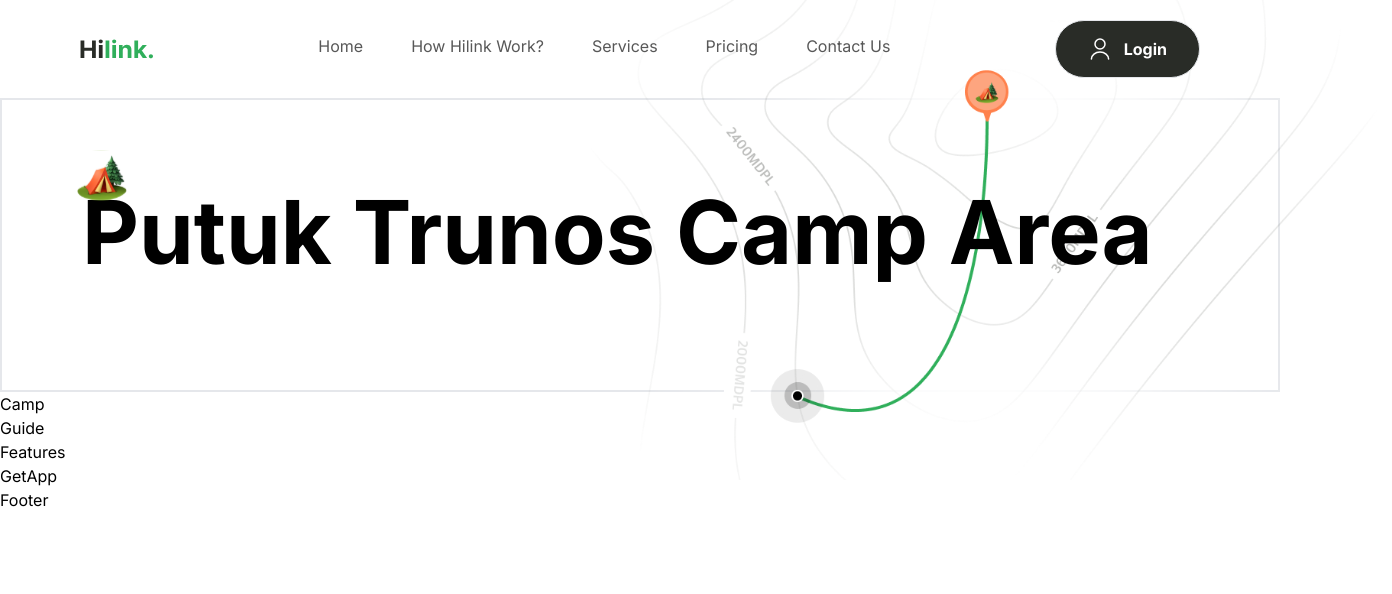
Repository: SouthpawC0der/Modern-reactsite
Page: /
These files come from the project's save history. The page is drawn as it stood at one moment and after the next save; the edit follows.
The browser window is 1280 px wide. The page is 1392 px wide, so the pictures cover 1392 px, including what lies to the right of the window. The pictures show the whole page.
The project was rebuilt for these pictures with package versions that can differ from the ones it lists, and the page was loaded fresh each time. The framework's server and built-in components were replaced by stand-ins that run in the browser. Also part of the build but not shown: next.config.ts.

Above is the page before, as saved 2025-01-30 11:08:14.

### app/layout.tsx
import type { Metadata } from "next";
import "./globals.css";
import Navbar from "@/components/Navbar";
import Footer from "@/components/Footer";

export default function RootLayout({
  children,
}: Readonly<{
  children: React.ReactNode;
}>) {
  return (
    <html lang="en">
      <body>
        <Navbar />
        <main className="relative-overflow-hidden">
        {children}
        </main>
        <Footer />
      </body>
    </html>
  );
}

### app/page.tsx
import Camp from "@/components/Camp";
import Features from "@/components/Features";
import GetApp from "@/components/GetApp";
import Guide from "@/components/Guide";
import Hero from "@/components/Hero";


export default function Home() {
  return (
    <>
    <Hero />
    <Camp />
    <Guide />
    <Features />
    <GetApp />
    </>
  );
}

### app/globals.css

@import url('https://fonts.googleapis.com/css2?family=Inter:wght@400;500;600;700;800&display=swap');

@tailwind base;
@tailwind components;
@tailwind utilities;

* {
  margin: 0;
  padding: 0;
  box-sizing: border-box;
}

body {
  font-family: Inter;
}

@layer utilities {
  .btn_white {
    @apply  border-white bg-white px-8 py-3 text-green-50
  }
  .btn_white_text  {
    @apply  border-white bg-white px-8 py-3 text-gray-90
  }
  .btn_green  {
    @apply  border-green-50 bg-green-50 px-8 py-5 text-white
  }
  .btn_dark_green {
    @apply  bg-green-90 px-8 py-4 text-white transition-all hover:bg-black
  }
  .btn_dark_green_outline  {
    @apply border-gray-20 bg-green-90 px-8 py-5 text-white
  }

  .max-container {
    @apply mx-auto max-w-[1440px];
  }

  .padding-container {
    @apply px-6 lg:px-20 3xl:px-0;
  }

  .flexCenter {
    @apply flex items-center justify-center;
  }

  .flexBetween {
    @apply flex items-center justify-between;
  }

  .flexStart {
    @apply flex items-center justify-start;
  }

  .flexEnd {
    @apply flex items-center justify-end;
  }

  /* FONTS */
  .regular-64 {
    @apply text-[64px] font-[400] leading-[120%];
  }

  .regular-40 {
    @apply text-[40px] font-[400] leading-[120%];
  }

  .regular-32 {
    @apply text-[32px] font-[400];
  }

  .regular-24 {
    @apply text-[24px] font-[400];
  }

  .regular-20 {
    @apply text-[20px] font-[400];
  }

  .regular-18 {
    @apply text-[18px] font-[400];
  }

  .regular-16 {
    @apply text-[16px] font-[400];
  }

  .regular-14 {
    @apply text-[14px] font-[400];
  }

  .medium-14 {
    @apply text-[14px] font-[600];
  }

  .bold-88 {
    @apply text-[88px] font-[700] leading-[120%];
  }

  .bold-64 {
    @apply text-[64px] font-[700] leading-[120%];
  }

  .bold-52 {
    @apply text-[52px] font-[700] leading-[120%];
  }

  .bold-40 {
    @apply text-[40px] font-[700] leading-[120%];
  }

  .bold-32 {
    @apply text-[32px] font-[700] leading-[120%];
  }

  .bold-20 {
    @apply text-[20px] font-[700];
  }

  .bold-18 {
    @apply text-[18px] font-[700];
  }

  .bold-16 {
    @apply text-[16px] font-[700];
  }

  /* Hero */
  .hero-map {
    @apply absolute right-0 top-0 h-screen w-screen bg-pattern-2 bg-cover bg-center md:-right-28 xl:-top-60;
  }

  /* Camp */
  .camp-quote {
    @apply absolute -right-6 bottom-4 w-[140px] lg:bottom-10 xl:-right-8 xl:w-[186px] 3xl:right-0;
  }

  /* Feature */
  .feature-phone {
    @apply absolute top-[13%] z-10 hidden max-w-[1500px] rotate-[15deg] md:-left-16 lg:flex  3xl:left-20;
  }

  /* Get App */
  .get-app {
    @apply max-container relative flex w-full  flex-col justify-between gap-32 overflow-hidden bg-green-90 bg-pattern bg-cover bg-center bg-no-repeat px-6 py-12 text-white sm:flex-row sm:gap-12 sm:py-24 lg:px-20 xl:max-h-[598px] 2xl:rounded-5xl;
  }
}

/* Hide scrollbar for Chrome, Safari and Opera */
.hide-scrollbar::-webkit-scrollbar {
  display: none;
}

/* Hide scrollbar for IE, Edge and Firefox */
.hide-scrollbar {
  -ms-overflow-style: none; /* IE and Edge */
  scrollbar-width: none; /* Firefox */
}

### components/Navbar.tsx
import { NAV_LINKS } from '@/constants'
import Image from 'next/image'
import Link from 'next/link'
import React from 'react'
import Button from './Button'

const Navbar = () => {
  return (
    <nav className='flexBetween max-container padding-container relative z-30 py-5'>
        <Link href="/">
          <Image src="/hilink-logo.svg" alt='logo' width={74} height={29} />
        </Link>

          <ul className='hidden h-full gap-12 lg:flex'>
             {NAV_LINKS.map((link) => (
                <Link href={link.href} key={link.key}
                className='regular-16 text-gray-50 flexCenter cursor-pointer pb-1.5 transition-all hover:font-bold'
                >
                    {link.label}
                </Link>
             ))}
          </ul>

          <div className='lg:flexCenter hidden'>
            <Button
            type='button'
            title='Login'
            icon='/user.svg'
            variant='btn_dark_green'
            />
          </div>

          <Image
          src='menu.svg'
          alt='menu'
          width={32}
          height={32}
          className='inline-block cursor-pointer lg:hidden'
          />
    </nav>
  )
}


export default Navbar

### components/Hero.tsx
import Image from 'next/image'
import React from 'react'

const Hero = () => {
  return (
    <section className='max-container padding-container flex flex-col gap-20 py-10 pb-32 md:gap-28
     lg:py-20 xl:flex-row border-2'>
        <div className='hero-map' />

        <div className='relative z-10 flex flex-1 flex-col xl:w-1/2'>
            <Image
            src='/camp.svg'
            alt='camp'
            width={50}
            height={50}
            className='absolute left-[-5px] top-[-30px] w-10 lg:w-[50px]'
             />
             <h1 className='bold-32 lg:bold-88'>Putuk Trunos Camp Area</h1>
             <p className='regular-16 mt-6 text-gray-30 xl:max-[520px]'>

             </p>
        </div>
    </section>
  )
}

export default Hero

### components/Button.tsx
import Image from 'next/image';
import React from 'react'

type ButtonProps = {
    type: 'button' | 'submit';
    title: string;
    icon?: string,
    variant: 'btn_dark_green'
}

const Button = ( {type, title, icon, variant }: ButtonProps) => {
  return (
    <button
    className={`flexCenter gap-3 rounded-full border ${variant}`}
    type={type}

    >
        {icon && <Image src={icon} alt={title} width={24} height={24} />}
        <label className='bold-16 whitespace-nowrap'>{title}</label>
    </button>
  )
}

export default Button

Loaded but not shown: components/Footer.tsx (common file); components/Camp.tsx (common file); components/Features.tsx (common file); components/GetApp.tsx (common file); components/Guide.tsx (common file); constants/index.ts (common file); tailwind.config.ts (common file)

After the next save:
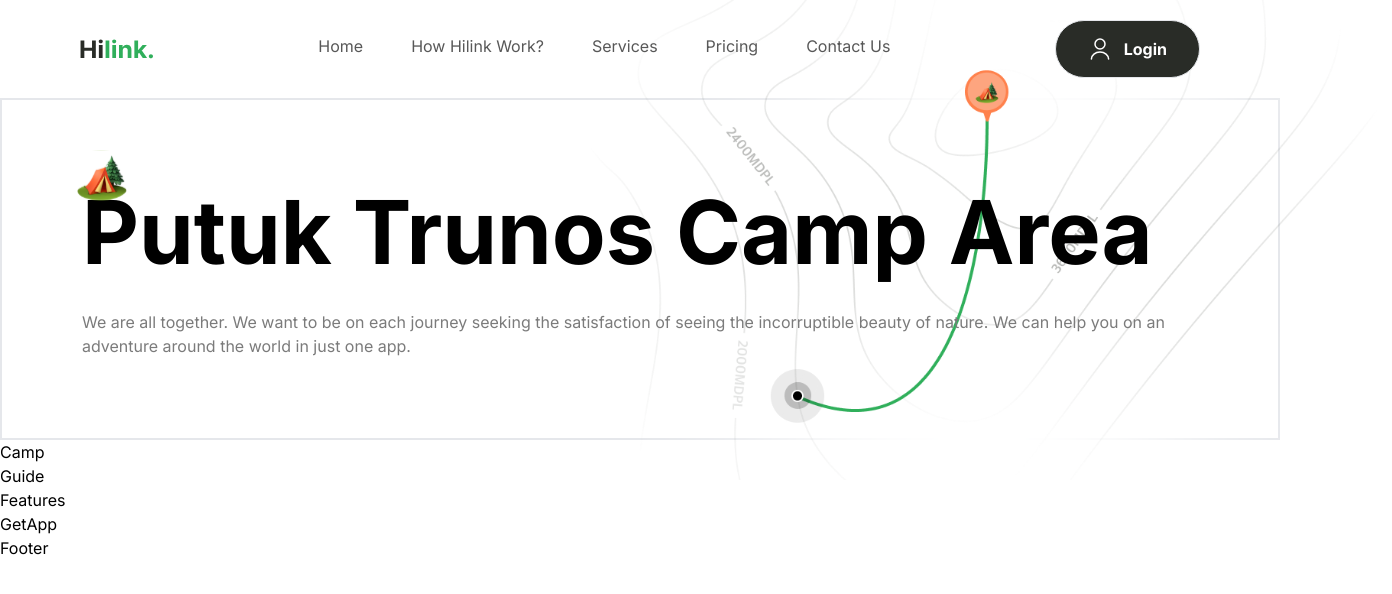
Saved 103 s later.
--- a/components/Hero.tsx
+++ b/components/Hero.tsx
@@ -17,7 +17,9 @@ const Hero = () => {
              />
              <h1 className='bold-32 lg:bold-88'>Putuk Trunos Camp Area</h1>
              <p className='regular-16 mt-6 text-gray-30 xl:max-[520px]'>
-
+                We are all together. We want to be on each journey seeking the
+                satisfaction of seeing the incorruptible beauty of nature. We can
+                help you on an adventure around the world in just one app.
              </p>
         </div>
     </section>
